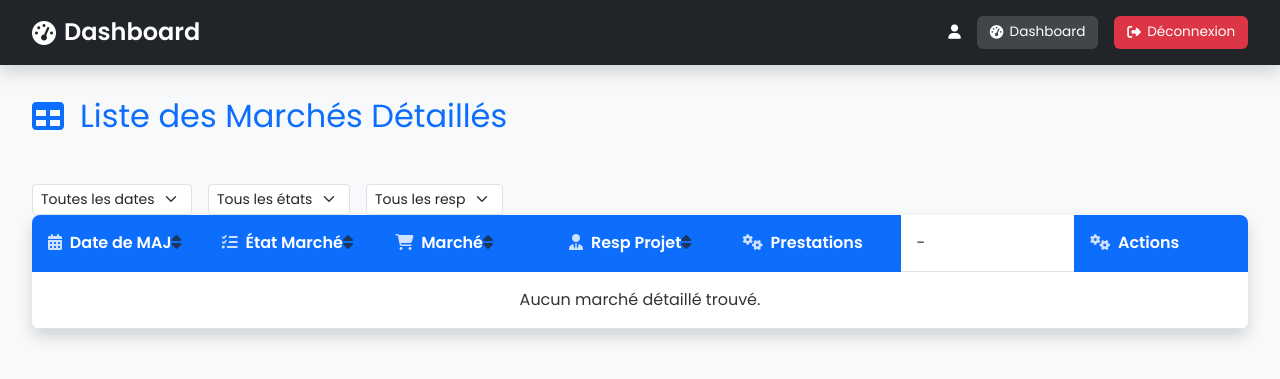
Repository: Andriatiana669/Retour_XP
Page: dashboard/templates/dashboard/liste_marche.html
These files come from the project's save history. The page is drawn as it stood at one moment and after the next save; the edit follows.
The browser window is 1280 px wide. The pictures show the whole page.
The page is served by the project's application, run on Django 5.2 (manage.py). Other server files are loaded and not shown. The template is opened directly, without the code that normally fills it, so the values that code supplies are empty.

Above is the page before, as saved 2026-01-09 12:42:39.

### dashboard/templates/dashboard/liste_marche.html
{% extends 'dashboard/base.html' %}
{% load static %}
{% block title %}Marchés – {{ marche_global.nom }}{% endblock %}

{% block extra_css %}
<link rel="stylesheet" href="{% static 'dashboard/css/liste_marche.css' %}">
{% endblock %}

{% block content %}
<h2>
    <i class="fas fa-table me-2" style="color: var(--primary-color);"></i>
    <span style="color: var(--primary-color);">Liste des Marchés Détaillés</span>
</h2>

<!-- Barre de filtres -->
<div id="filtersBar" class="filters-bar"></div>

<!-- Tableau -->
<table class="marches-table">
    <thead>
        <tr>
            <th data-type="date"><i class="fas fa-calendar-alt me-1"></i> Date de MAJ</th>
            <th><i class="fas fa-tasks me-1"></i> État Marché</th>
            <th><i class="fas fa-shopping-cart me-1"></i> Marché</th>
            <th><i class="fas fa-user-tie me-1"></i> Resp Projet</th>
            <th><i class="fas fa-cogs me-1"></i> Prestations</th>
            <td>
                {% for client in marche.nom_client.all %}
                    <span class="badge bg-light text-dark">{{ client.nom }}</span>
                {% empty %}-{% endfor %}
            </td>
            <th><i class="fas fa-cogs me-1"></i> Actions</th>
        </tr>
    </thead>
    <tbody>
        {% for marche in marches_detailles %}
        <tr data-id="{{ marche.id }}">
            <td>{{ marche.date_maj|date:"d/m/Y H:i" }}</td>

            <!-- État modifiable -->
            <td class="etat-cell">
                <form class="etat-inline">
                    {% csrf_token %}
                    <select name="etat" class="etat-select"
                            data-initial="{{ marche.etat_affaire.id|default:'' }}"
                            {% if not request.user.profile.est_responsable %}disabled{% endif %}
                            style="color:{{ marche.etat_affaire.couleur|default:'#6c757d' }};
                                   background:{{ marche.etat_affaire.couleur_fond|default:'#f8f9fa' }};
                                   border-color:{{ marche.etat_affaire.couleur|default:'#ced4da' }};">
                        <option value="">– Non défini –</option>
                        {% for etat in etats %}
                        <option value="{{ etat.id }}"
                                {% if marche.etat_affaire.id == etat.id %}selected{% endif %}
                                style="color:{{ etat.couleur }};background:{{ etat.couleur_fond }};">
                            {{ etat.nom }}
                        </option>
                        {% endfor %}
                    </select>

                    {% if request.user.profile.est_responsable %}
                    <button type="button" class="save-etat-btn reset-line" title="Reset">
                        <i class="fas fa-sync-alt"></i>
                    </button>
                    {% endif %}
                </form>
            </td>

            <td>{{ marche.nom_marche }}</td>

            <!-- Responsables avec badge blanc -->
            <td>
                {% for resp in marche.resp_marche.all %}
                    <span class="badge bg-primary text-white">{{ resp.user.username }}</span>
                {% empty %}-{% endfor %}
            </td>

            <!-- Clients avec badge noir -->
            <td>
                {% for client in marche.nom_client.all %}
                    <span class="badge bg-light text-dark">{{ client.nom }}</span>
                {% empty %}-{% endfor %}
            </td>

            <!-- Prestations avec badge noir -->
            <td>
                {% for pre in marche.prestation.all %}
                    <span class="badge bg-light text-dark">{{ pre.nom }}</span>
                {% empty %}-{% endfor %}
            </td>

            <!-- Actions -->
            <td>
                <div class="actions-cell">
                    <a href="{% url 'marches:description' marche.id %}" class="btn-voir"><i class="fas fa-eye"></i></a>
                    {% if request.user.profile.est_responsable %}
                    <a href="{% url 'dashboard:modifier_marche' marche.id %}" class="btn-voir mod"><i class="fas fa-edit"></i></a>
                    <a href="{% url 'dashboard:supprimer_marche' marche.id %}" class="btn-voir del"
                       onclick="return confirm('Supprimer ce marché ?');"><i class="fas fa-trash"></i></a>
                    {% endif %}
                </div>
            </td>
        </tr>
        {% empty %}
        <tr><td colspan="6" class="text-center">Aucun marché détaillé trouvé.</td></tr>
        {% endfor %}
    </tbody>
</table>

{% if request.user.profile.est_responsable %}
<!-- Boutons centrés -->
<div class="center-buttons">
    <a href="{% url 'dashboard:ajouter_marche' marche_global.id %}" class="btn-voir">
        <i class="fas fa-plus-circle"></i> Ajouter un marché détaillé
    </a>
    <button id="saveAllEtats" class="btn-voir save">
        <i class="fas fa-save"></i> Enregistrer
    </button>
</div>
{% endif %}
{% endblock %}

{% block extra_js %}
<script src="{% static 'dashboard/js/liste_marche.js' %}"></script>
{% endblock %}

### dashboard/templates/dashboard/base.html
{% load static %}
<!DOCTYPE html>
<html lang="fr">
<head>
    <meta charset="UTF-8">
    <meta name="viewport" content="width=device-width, initial-scale=1.0">
    <title>{% block title %}Dashboard - Retour XP{% endblock %}</title>

    <!-- Polices et icônes -->
    <link rel="stylesheet" href="https://cdnjs.cloudflare.com/ajax/libs/font-awesome/6.4.0/css/all.min.css">
    <link href="https://fonts.googleapis.com/css2?family=Poppins:wght@300;400;600&display=swap" rel="stylesheet">

    <!-- Bootstrap + CSS global -->
    <link href="https://cdn.jsdelivr.net/npm/bootstrap@5.3.2/dist/css/bootstrap.min.css" rel="stylesheet">
    <link rel="stylesheet" href="{% static 'dashboard/css/dashboard.css' %}">

    {% block extra_css %}{% endblock %}
</head>
<body>
    <!-- HEADER COMMUN -->
    <header>
        <h1><i class="fas fa-tachometer-alt"></i> Dashboard</h1>

        <div class="header-actions">
            <!-- Nom utilisateur -->
            <span class="user-name"><i class="fas fa-user"></i> {{ request.user.username }}</span>

            <!-- Fil d'Ariane (hors page d'accueil) -->
            {% if request.resolver_match.url_name != 'dashboard' %}
            <nav class="breadcrumb-bar">
                <a href="{% url 'dashboard:dashboard' %}" class="btn-nav">
                    <i class="fas fa-tachometer-alt"></i> Dashboard
                </a>
                {% if request.resolver_match.url_name == 'description' %}
                <a href="{% url 'dashboard:liste_marche' object.marche_global.id %}" class="btn-nav">
                    <i class="fas fa-arrow-left"></i> Retour à la liste
                </a>
                {% endif %}
            </nav>
            {% endif %}

            <!-- Déconnexion (rouge) -->
            <a href="{% url 'authentification:logout' %}" class="btn-logout">
                <i class="fas fa-sign-out-alt"></i> Déconnexion
            </a>
        </div>
    </header>

    <!-- CONTENU DES PAGES FILLES -->
    <main>
        {% block content %}{% endblock %}
    </main>

    <!-- JS COMMUN -->
    <script src="https://cdn.jsdelivr.net/npm/bootstrap@5.3.2/dist/js/bootstrap.bundle.min.js"></script>
    {% block extra_js %}{% endblock %}
</body>
</html>

### Retour_XP/urls.py
"""
URL configuration for Retour_XP project.

The `urlpatterns` list routes URLs to views. For more information please see:
    https://docs.djangoproject.com/en/5.2/topics/http/urls/
Examples:
Function views
    1. Add an import:  from my_app import views
    2. Add a URL to urlpatterns:  path('', views.home, name='home')
Class-based views
    1. Add an import:  from other_app.views import Home
    2. Add a URL to urlpatterns:  path('', Home.as_view(), name='home')
Including another URLconf
    1. Import the include() function: from django.urls import include, path
    2. Add a URL to urlpatterns:  path('blog/', include('blog.urls'))
"""
# Retour_XP/urls.py
from django.contrib import admin
from django.urls import path, include
from django.conf import settings
from django.conf.urls.static import static

urlpatterns = [
    path('admin/', admin.site.urls),
    path('', include('authentification.urls')),
    path('dashboard/', include('dashboard.urls')),
    path('marches/', include('marches.urls')),
]

if settings.DEBUG:
    urlpatterns += static(settings.MEDIA_URL, document_root=settings.MEDIA_ROOT)
    urlpatterns += static(settings.STATIC_URL, document_root=settings.STATIC_ROOT)

### authentification/urls.py
# authentification/urls.py
from django.urls import path
from . import views

app_name = 'authentification'

urlpatterns = [
    path('', views.login_view, name='login'),
    path('logout/', views.custom_logout, name='logout'),   # ← nouvelle ligne
]

### dashboard/urls.py
# dashboard/urls.py
from django.urls import path
from . import views

app_name = 'dashboard'

urlpatterns = [
    path('', views.dashboard_view, name='dashboard'),
    path('marche/<int:marche_global_id>/', views.liste_marche_view, name='liste_marche'),
    path('marche/<int:marche_global_id>/ajouter/', views.ajouter_marche_view, name='ajouter_marche'),
    path('marche/change-etat/<int:pk>/', views.change_etat_view, name='change_etat'),
    path('marche/modifier/<int:pk>/', views.modifier_marche_view, name='modifier_marche'),
    path('marche/supprimer/<int:pk>/', views.supprimer_marche_view, name='supprimer_marche'),
]

### marches/urls.py
# marches/urls.py
from django.urls import path
from . import views

app_name = 'marches'

urlpatterns = [
    path('description/<int:marche_detaille_id>/',       views.description_view, name='description'),

    # Cartes
    path('carte/ajouter/<int:marche_detaille_id>/',     views.ajouter_carte_view,   name='ajouter_carte'),
    path('carte/voir/<int:carte_id>/',                  views.voir_carte_view,      name='voir_carte'),
    path('carte/modifier/<int:carte_id>/',              views.modifier_carte_view,  name='modifier_carte'),
    path('carte/supprimer/<int:carte_id>/',             views.supprimer_carte_view, name='supprimer_carte'),
    path('carte/download/word/<int:carte_id>/',         views.download_word_view, name='download_word'),
]

### dashboard/static/dashboard/css/dashboard.css
/* ---------- VARIABLES ---------- */
:root {
    --primary-color: #0d6efd;
    --secondary-color: #6c757d;
    --success-color: #28a745;
    --danger-color: #dc3545;
    --light-color: #f8f9fa;
    --dark-color: #212529;
    --shadow-sm: 0 .125rem .25rem rgba(0,0,0,.075);
    --shadow-md: 0 .5rem 1rem rgba(0,0,0,.15);
    --shadow-lg: 0 1rem 3rem rgba(0,0,0,.175);
    --transition: all .3s ease;
}

/* ---------- BASE ---------- */
body {
    font-family: 'Poppins', 'Segoe UI', Roboto, Arial, sans-serif;
    background: var(--light-color);
    margin: 0;
    padding: 0;
    color: #333;
}

/* ---------- HEADER ---------- */
header {
    background: var(--dark-color);
    color: #fff;
    padding: 1rem 2rem;
    display: flex;
    justify-content: space-between;
    align-items: center;
    box-shadow: var(--shadow-md);
    position: sticky;
    top: 0;
    z-index: 100;
}
header h1 {
    margin: 0;
    font-size: 1.5rem;
    font-weight: 600;
    display: flex;
    align-items: center;
    gap: .5rem;
}

.header-actions {
    display: flex;
    align-items: center;
    gap: 1rem;
}
.user-name {
    font-size: .9rem;
    color: #fff;
    white-space: nowrap;
}

.breadcrumb-bar {
    display: flex;
    gap: .5rem;
}
.btn-nav {
    background: rgba(255,255,255,.15);
    color: #fff;
    padding: .4rem .8rem;
    border-radius: .375rem;
    text-decoration: none;
    font-size: .85rem;
    display: inline-flex;
    align-items: center;
    gap: .4rem;
    transition: background .2s;
}
.btn-nav:hover { background: rgba(255,255,255,.25); }

.btn-logout {
    background: var(--danger-color);
    color: #fff;
    padding: .4rem .8rem;
    border-radius: .375rem;
    text-decoration: none;
    font-size: .85rem;
    display: inline-flex;
    align-items: center;
    gap: .4rem;
    transition: background .2s;
}
.btn-logout:hover { background: #c82333; }

/* ---------- MAIN ---------- */
main {
    padding: 2rem;
    max-width: 1400px;
    margin: 0 auto;
}
main h2 {
    color: var(--dark-color);
    margin-bottom: 1.5rem;
    display: flex;
    align-items: center;
    gap: .5rem;
}

/* ---------- DASHBOARD CONTROLS ---------- */
.dashboard-controls {
    display: flex;
    justify-content: space-between;
    margin-bottom: 1.5rem;
    gap: 1rem;
    flex-wrap: wrap;
}
.search-bar {
    flex: 1;
    min-width: 200px;
}
.search-bar input {
    width: 100%;
    padding: .75rem 1rem;
    border: 1px solid #dee2e6;
    border-radius: .5rem;
    font-size: 1rem;
    transition: var(--transition);
}
.search-bar input:focus {
    border-color: var(--primary-color);
    outline: none;
    box-shadow: 0 0 0 .25rem rgba(13, 110, 253, .25);
}
.filter-options select {
    padding: .75rem 1rem;
    border: 1px solid #dee2e6;
    border-radius: .5rem;
    background: #fff;
    cursor: pointer;
    min-width: 180px;
}

/* ---------- GRILLE ---------- */
.marches-grid {
    display: grid;
    grid-template-columns: repeat(auto-fill, minmax(280px, 1fr));
    gap: 1.5rem;
    margin-top: 1.5rem;
}

/* ---------- CARTE ---------- */
.marche-card {
    background: #fff;
    padding: 1.5rem;
    border-radius: .5rem;
    box-shadow: var(--shadow-sm);
    border: 1px solid #e9ecef;
    display: flex;
    flex-direction: column;
    position: relative;
    overflow: hidden;
    transition: var(--transition);
}
.marche-card::before {
    content: "📊";
    position: absolute;
    top: 1rem;
    right: 1rem;
    font-size: 1.5rem;
    opacity: .1;
    color: var(--primary-color);
}
.marche-card:hover {
    transform: translateY(-5px) scale(1.01);
    box-shadow: var(--shadow-lg);
    border-color: var(--primary-color);
}
.marche-card h3 {
    margin: 0 0 .5rem 0;
    color: var(--primary-color);
    font-weight: 600;
}
.marche-card p {
    color: var(--secondary-color);
    margin: .5rem 0 1rem 0;
    flex-grow: 1;
}
.marche-stats { margin: .5rem 0; }
.projet-count {
    background: var(--success-color);
    color: #fff;
    padding: .25rem .75rem;
    border-radius: 1rem;
    font-size: .875rem;
    font-weight: 600;
    display: inline-flex;
    align-items: center;
    gap: .5rem;
}
.projet-count::before { content: "📦"; }

/* ---------- BOUTON ---------- */
.btn-voir {
    display: inline-flex;
    align-items: center;
    gap: .5rem;
    margin-top: auto;
    padding: .5rem 1rem;
    background: var(--primary-color);
    color: #fff;
    text-decoration: none;
    border-radius: .375rem;
    font-weight: 500;
    transition: var(--transition);
    align-self: flex-start;
}
.btn-voir:hover {
    background: #0b5ed7;
    transform: translateY(-1px);
}

/* ---------- ANIMATION ---------- */
@keyframes fadeIn {
    from { opacity: 0; transform: translateY(10px); }
    to { opacity: 1; transform: translateY(0); }
}
.marche-card { animation: fadeIn .3s ease forwards; }

/* ---------- RESPONSIVE ---------- */
@media (max-width: 768px) {
    .dashboard-controls { flex-direction: column; }
    .marches-grid { grid-template-columns: 1fr; }
}

### dashboard/static/dashboard/css/liste_marche.css
/* ---------- VARIABLES ---------- */
:root {
    --primary-color: #0d6efd;
    --secondary-color: #6c757d;
    --success-color: #28a745;
    --danger-color: #dc3545;
    --light-color: #f8f9fa;
    --dark-color: #212529;
    --shadow-sm: 0 .125rem .25rem rgba(0,0,0,.075);
    --shadow-md: 0 .5rem 1rem rgba(0,0,0,.15);
    --transition: all .3s ease;
    --hover-bg: rgba(13,110,253,.1);
    --border-color: #dee2e6;
}

/* ---------- BASE ---------- */
body {
    font-family: 'Poppins', Arial, sans-serif;
    margin: 0;
    padding: 0;
    background: var(--light-color);
    color: #333;
}

/* ---------- FILTRES ---------- */
.filters-bar {
    display: flex;
    flex-wrap: wrap;
    gap: 1rem;
    margin-bottom: 1.5rem;
    align-items: center;
}
.filters-bar label {
    font-weight: 600;
    font-size: .9rem;
    color: var(--dark-color);
    white-space: nowrap;
}
.filters-bar select {
    min-width: 180px;
    font-size: .85rem;
    padding: .35rem .5rem;
    border: 1px solid var(--border-color);
    border-radius: .25rem;
    background: #fff;
    transition: border-color .2s, box-shadow .2s;
}
.filters-bar select:focus {
    border-color: var(--primary-color);
    box-shadow: 0 0 0 .15rem rgba(13,110,253,.25);
    outline: none;
}

/* ---------- TABLE ---------- */
.marches-table {
    width: 100%;
    background: #fff;
    border-radius: .5rem;
    overflow: hidden;
    box-shadow: var(--shadow-md);
    border-collapse: separate;
    border-spacing: 0;
}
.marches-table thead { display: table; width: 100%; table-layout: fixed; }
.marches-table th {
    background: var(--primary-color);
    color: #fff;
    padding: 1rem;
    text-align: left;
    font-weight: 600;
    cursor: pointer;
    user-select: none;
}
.marches-table th i { color: rgba(255,255,255,.8); }
.marches-table tbody { display: table; width: 100%; table-layout: fixed; }
.marches-table td {
    padding: 1rem;
    border-bottom: 1px solid var(--border-color);
    vertical-align: middle;
}
.marches-table tbody tr:hover { background: var(--hover-bg); }

/* ---------- ACTIONS ---------- */
.actions-cell {
    display: flex;
    gap: .4rem;
    flex-wrap: wrap;
}
/* boutons identiques : même taille + icônes */
.btn-voir {
    flex: 1 1 0;
    min-width: 70px;
    padding: .3rem .5rem;
    font-size: .8rem;
    border-radius: .375rem;
    text-decoration: none;
    color: #fff;
    display: inline-flex;
    align-items: center;
    justify-content: center;
    gap: .3rem;
    transition: var(--transition);
    text-align: center;
}
.btn-voir:hover { transform: translateY(-1px); }

/* couleurs */
.btn-voir.mod { background: var(--secondary-color); }
.btn-voir.del { background: var(--danger-color); }
.btn-voir.save { background: var(--success-color); }

/* ---------- ÉTAT ---------- */
.etat-cell { vertical-align: middle; }
.etat-inline {
    display: flex;
    gap: .25rem;
    align-items: center;
}
.etat-select {
    max-width: 160px;
    font-size: .85rem;
    font-weight: 600;
    border-radius: .25rem;
    padding: .25rem .4rem;
    border: 1px solid;
    transition: var(--transition);
}
.save-etat-btn {
    background: transparent;
    border: none;
    color: var(--primary-color);
    cursor: pointer;
    font-size: .9rem;
    padding: .2rem .4rem;
    border-radius: .25rem;
    transition: background .2s;
}
.save-etat-btn:hover { background: var(--hover-bg); }

/* ---------- BOUTONS CENTRÉS ---------- */
.center-buttons {
    display: flex;
    justify-content: center;
    gap: 1rem;
    margin: 2rem 0;
}

/* même look pour <a> et <button> */
.center-buttons .btn-voir,
.center-buttons button.btn-voir {
    border: none;
    min-width: auto;
    padding: .5rem 1rem;
    font-size: 1rem;
    line-height: 1.2;
    display: inline-flex;
    align-items: center;
    justify-content: center;
    gap: .5rem;
    text-decoration: none;
    cursor: pointer;
    border-radius: .375rem;
    transition: var(--transition);
    color: #fff;
}
.center-buttons .btn-voir:hover,
.center-buttons button.btn-voir:hover {
    transform: translateY(-1px);
}

/* bouton « Enregistrer » : même taille qu’« Ajouter » + pas de bordure */
.center-buttons .btn-voir.save {
    border: none;                       /* ← plus de bordure */
    min-width: auto;                    /* ← même largeur que le voisin */
    padding: .5rem 1rem;                /* ← même padding que « Ajouter » */
    font-size: 1rem;                    /* ← même taille de texte */
    background: var(--success-color);
}

.center-buttons .btn-voir:not(.save) {
    background: var(--primary-color); /* ← bleu pour « Ajouter » */
}

.cartes-header {
  display: flex;
  justify-content: space-between;
  align-items: center;
  margin-bottom: 1.5rem;
}
.btn-add {
  background: var(--primary);
  color: #fff;
  padding: .6rem 1.2rem;
  border-radius: 50rem;
  text-decoration: none;
  display: inline-flex;
  align-items: center;
  gap: .5rem;
  font-weight: 500;
  transition: background .2s;
}
.btn-add:hover { background: #0b5ed7; }

/* ===== BARRE D'ACTIONS CARTE ===== */
.carte-actions {
  display: flex;
  justify-content: flex-end;
  gap: .5rem;
  padding: .5rem 1rem;
  border-bottom: 1px solid rgba(0,0,0,.05);
}
.btn-act {
  width: 32px; height: 32px;
  border-radius: 50%;
  display: inline-flex; align-items: center; justify-content: center;
  background: rgba(0,0,0,.05);
  color: var(--txt);
  transition: background .2s, color .2s;
}
.btn-act.mod:hover { background: #ffc107; color: #fff; }
.btn-act.del:hover { background: #dc3545; color: #fff; }
.btn-act:hover { background: var(--primary); color: #fff; }


/* ---------- RESPONSIVE ---------- */
@media (max-width: 768px) {
    .marches-table { font-size: .875rem; }
    .marches-table th, .marches-table td { padding: .75rem; }
    .btn-voir { min-width: 60px; font-size: .75rem; }
}

Loaded but not shown: dashboard/static/dashboard/js/liste_marche.js (132 lines, source omitted)

After the next save:
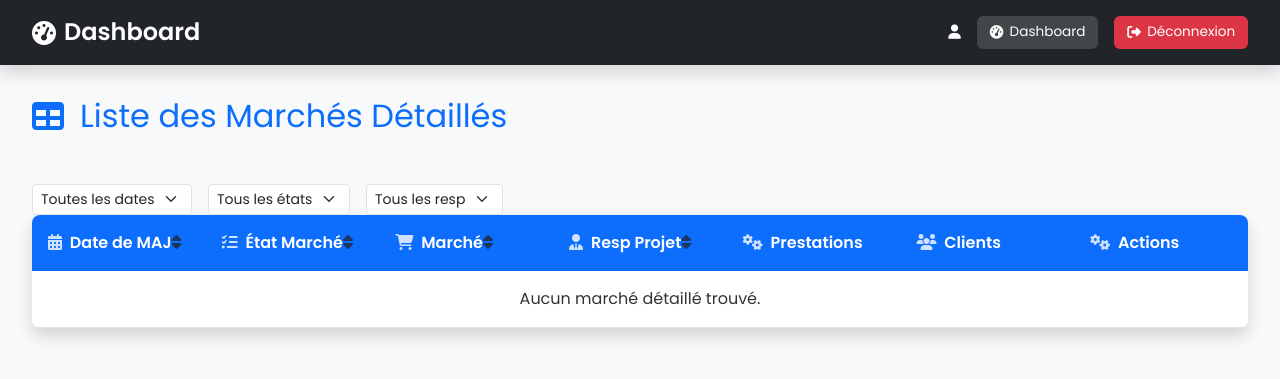
Saved 41 s later.
--- a/dashboard/templates/dashboard/liste_marche.html
+++ b/dashboard/templates/dashboard/liste_marche.html
@@ -24,11 +24,7 @@
             <th><i class="fas fa-shopping-cart me-1"></i> Marché</th>
             <th><i class="fas fa-user-tie me-1"></i> Resp Projet</th>
             <th><i class="fas fa-cogs me-1"></i> Prestations</th>
-            <td>
-                {% for client in marche.nom_client.all %}
-                    <span class="badge bg-light text-dark">{{ client.nom }}</span>
-                {% empty %}-{% endfor %}
-            </td>
+            <th><i class="fas fa-users me-1"></i> Clients</th>
             <th><i class="fas fa-cogs me-1"></i> Actions</th>
         </tr>
     </thead>
